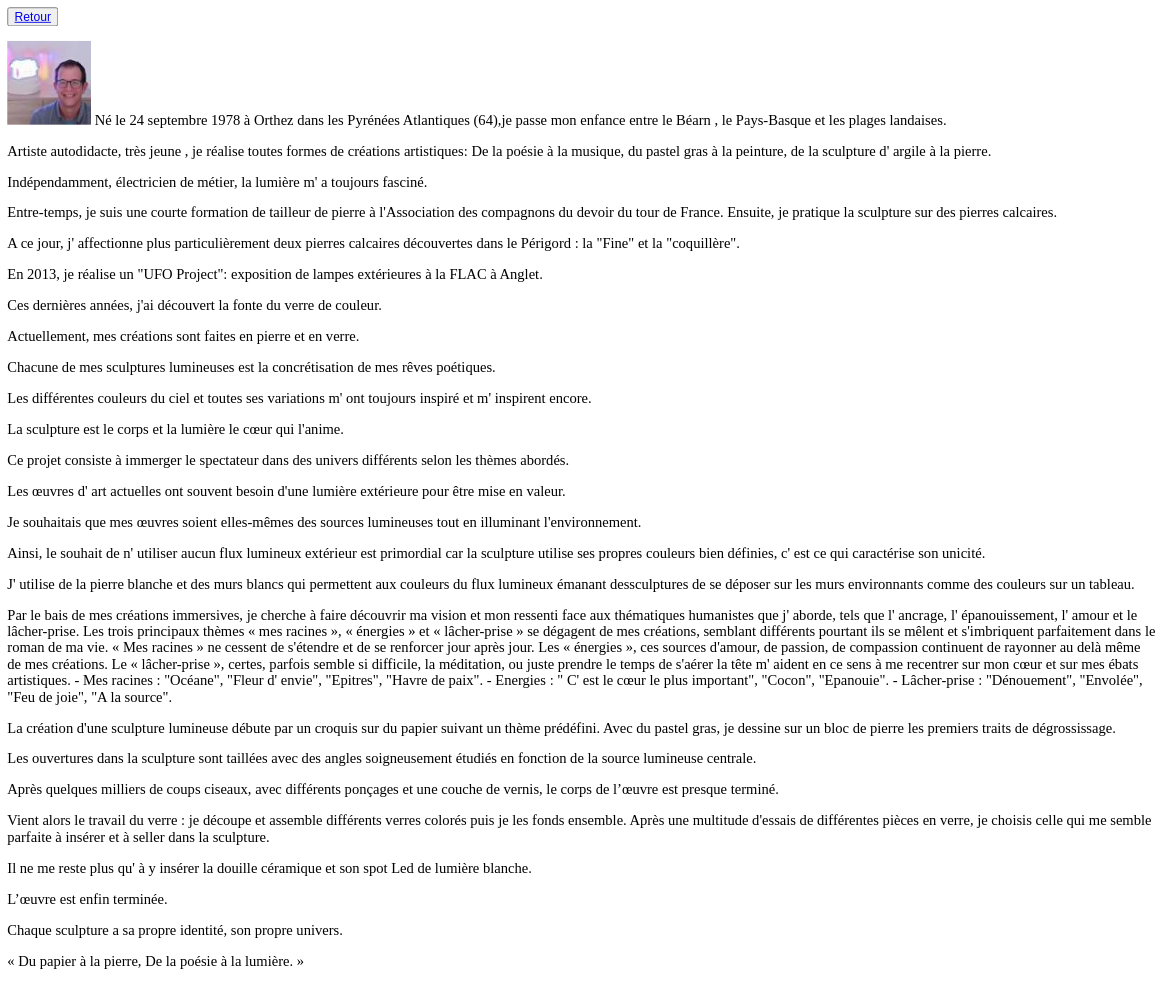
Repository: lysianebo/EricBidart
Page: presentation_more.html
The author's editor kept a copy of each file at every save. The page is drawn from the files as they stood at one save, then again after the next save.
The browser window is 1280 px wide. The pictures show the whole page, at 91% of full size.

Above is the page before, as saved 2023-10-29 07:45:21.

After the next save:
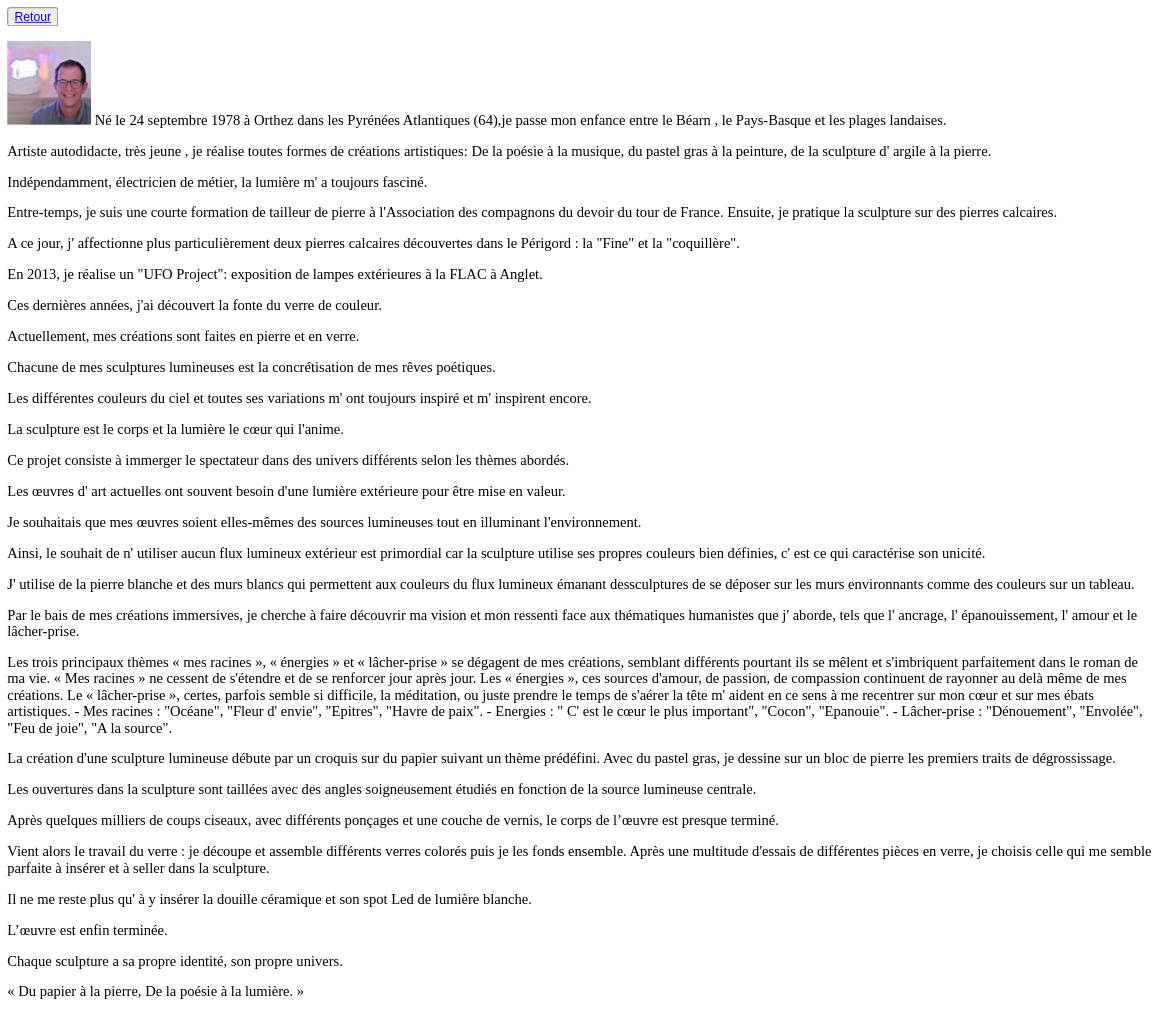
Saved 10 s later.
--- a/presentation_more.html
+++ b/presentation_more.html
@@ -30,8 +30,10 @@
             <p>Ainsi, le souhait de n' utiliser aucun flux lumineux extérieur est primordial car la sculpture utilise ses propres couleurs bien définies, c' est ce qui caractérise son unicité.</p>
             <p>J' utilise de la pierre blanche et des murs blancs qui permettent aux couleurs du flux lumineux émanant dessculptures de se déposer sur les murs environnants comme des couleurs sur un tableau.</p>
 
-            Par le bais de mes créations immersives, je cherche à faire découvrir ma vision et mon ressenti face aux
-            thématiques humanistes que j' aborde, tels que l' ancrage, l' épanouissement, l' amour et le lâcher-prise.
+            <p>
+                Par le bais de mes créations immersives, je cherche à faire découvrir ma vision et mon ressenti face aux
+                thématiques humanistes que j' aborde, tels que l' ancrage, l' épanouissement, l' amour et le lâcher-prise.
+            </p>
 
 
 
